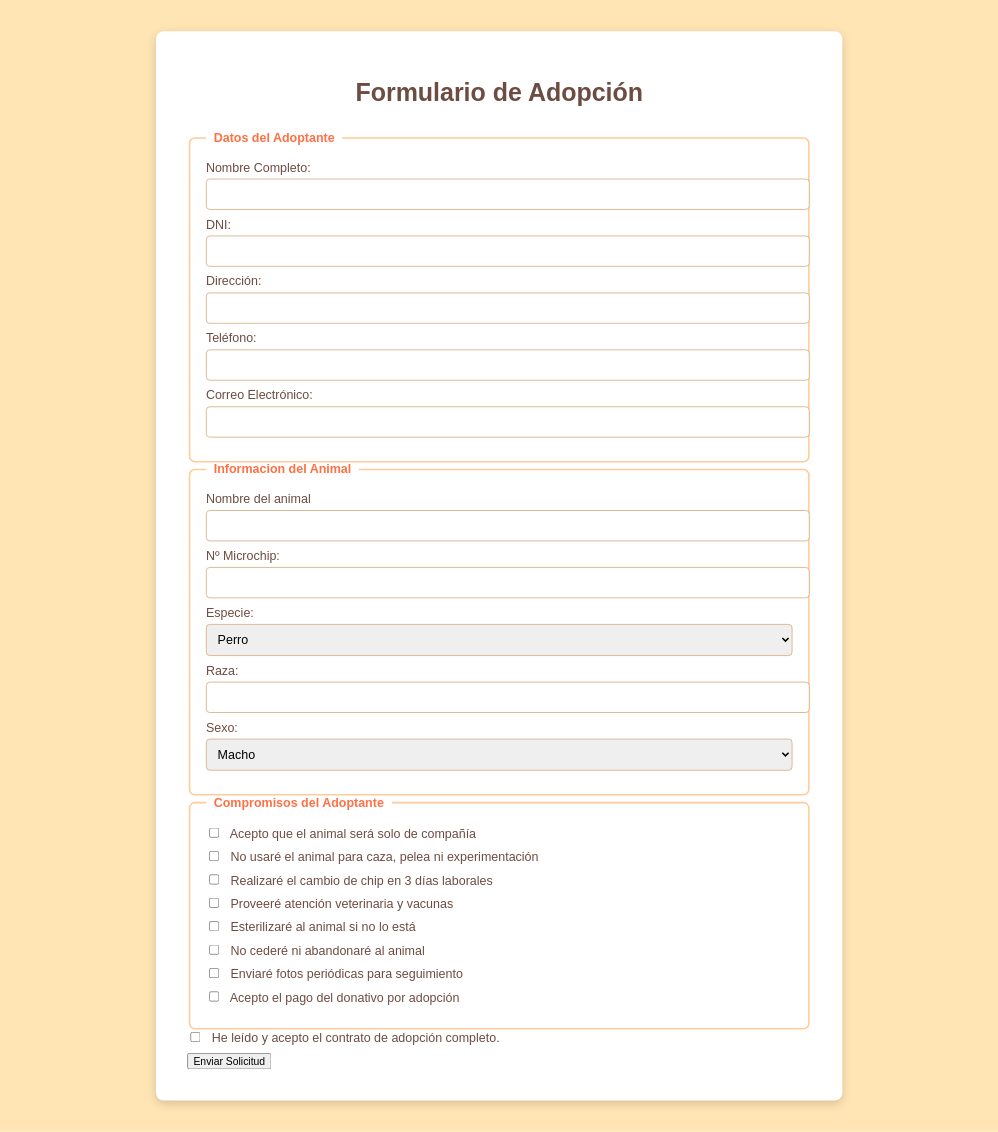
Repository: adriarodrisan/PetLover
Page: Paginas_web/contrato_adopcion.html
The author's editor kept a copy of each file at every save. The page is drawn from the files as they stood at one save, then again after the next save.
The browser window is 1280 px wide. The pictures show the whole page, at 78% of full size.

Above is the page before, as saved 2025-04-01 11:21:35.

### Paginas_web/contrato_adopcion.html
<!DOCTYPE html>
<html lang="en">
<head>
    <meta charset="UTF-8">
    <meta name="viewport" content="width=device-width, initial-scale=1.0">
    <title>Formulario de adopcion - Petlover</title>
    <link rel="stylesheet" href="/Css_Paginas/contrato_adopcion.css">
</head>
<body>
    <div class="Formulario-adopcion">
        <h1>Formulario de Adopción</h1>
        <form action="procesar_adopcion.php" method="POST">
            <fieldset>
                <legend>Datos del Adoptante</legend>
                <label>Nombre Completo: <input type="text" name="nombre" required></label>
                <label>DNI: <input type="text" name="dni" required></label>
                <label>Dirección: <input type="text" name="direccion" required></label>
                <label>Teléfono: <input type="tel" name="telefono" required></label>
                <label>Correo Electrónico: <input type="email" name="correo" required></label>
                </fieldset>
        </form>
            <fieldset>
                <legend> Informacion del Animal </legend>
                <label>Nombre del animal<input type="text" name="nombre_animal"></label>
                <label>Nº Microchip: <input type="text" name="chip"></label>
                <label>Especie:
                    <select name="especie">
                      <option value="perro">Perro</option>
                      <option value="gato">Gato</option>
                    </select>
                  </label>
                  <label>Raza: <input type="text" name="raza"></label>
                  <label>Sexo:
                    <select name="sexo">
                      <option value="macho">Macho</option>
                      <option value="hembra">Hembra</option>
                    </select>
            </fieldset>

            <fieldset>
                <legend>Compromisos del Adoptante</legend>
                <label><input type="checkbox" required> Acepto que el animal será solo de compañía</label>
                <label><input type="checkbox" required> No usaré el animal para caza, pelea ni experimentación</label>
                <label><input type="checkbox" required> Realizaré el cambio de chip en 3 días laborales</label>
                <label><input type="checkbox" required> Proveeré atención veterinaria y vacunas</label>
                <label><input type="checkbox" required> Esterilizaré al animal si no lo está</label>
                <label><input type="checkbox" required> No cederé ni abandonaré al animal</label>
                <label><input type="checkbox" required> Enviaré fotos periódicas para seguimiento</label>
                <label><input type="checkbox" required> Acepto el pago del donativo por adopción</label>
              </fieldset>

              <label><input type="checkbox" required> He leído y acepto el contrato de adopción completo.</label>
              <button type="submit">Enviar Solicitud</button>
            </form>
    </div>

</body>
</html>

### Css_Paginas/contrato_adopcion.css
body {
    font-family: 'Arial', sans-serif;
    background-color: #ffe5b4;
    margin: 0;
    padding: 0;
    display: flex;
    justify-content: center;
    align-items: flex-start;
    min-height: 100vh;
  }
  .Formulario-adopcion {
    background-color: white;
    padding: 40px;
    margin: 40px 20px;
    border-radius: 10px;
    max-width: 800px;
    width: 100%;
    box-shadow: 0 4px 12px rgba(0, 0, 0, 0.16);
  }
  h1 {
    text-align: center;
    color: #6d4c41;
    margin-bottom: 30px;
  }
  form {
    display: flex;
    flex-direction: column;
    gap: 20px;
  }
  fieldset {
    border: 2px solid #ffcc99;
    border-radius: 8px;
    padding: 20px;
  }
  legend {
    font-weight: bold;
    color: #ff7043;
    padding: 0 10px;
  }
  label {
    display: block;
    margin-bottom: 10px;
    color: #6d4c41;
  }

input[type="text"],
input[type="email"],
input[type="tel"],
input[type="password"],
select,
textarea {
  width: 100%;
  padding: 10px;
  border: 1px solid #d3a87c;
  border-radius: 5px;
  font-size: 1rem;
  margin-top: 5px;
}
textarea {
    resize: vertical;
    min-height: 100px;
  }
  input[type="checkbox"] {
    margin-right: 10px;
  }

After the next save:
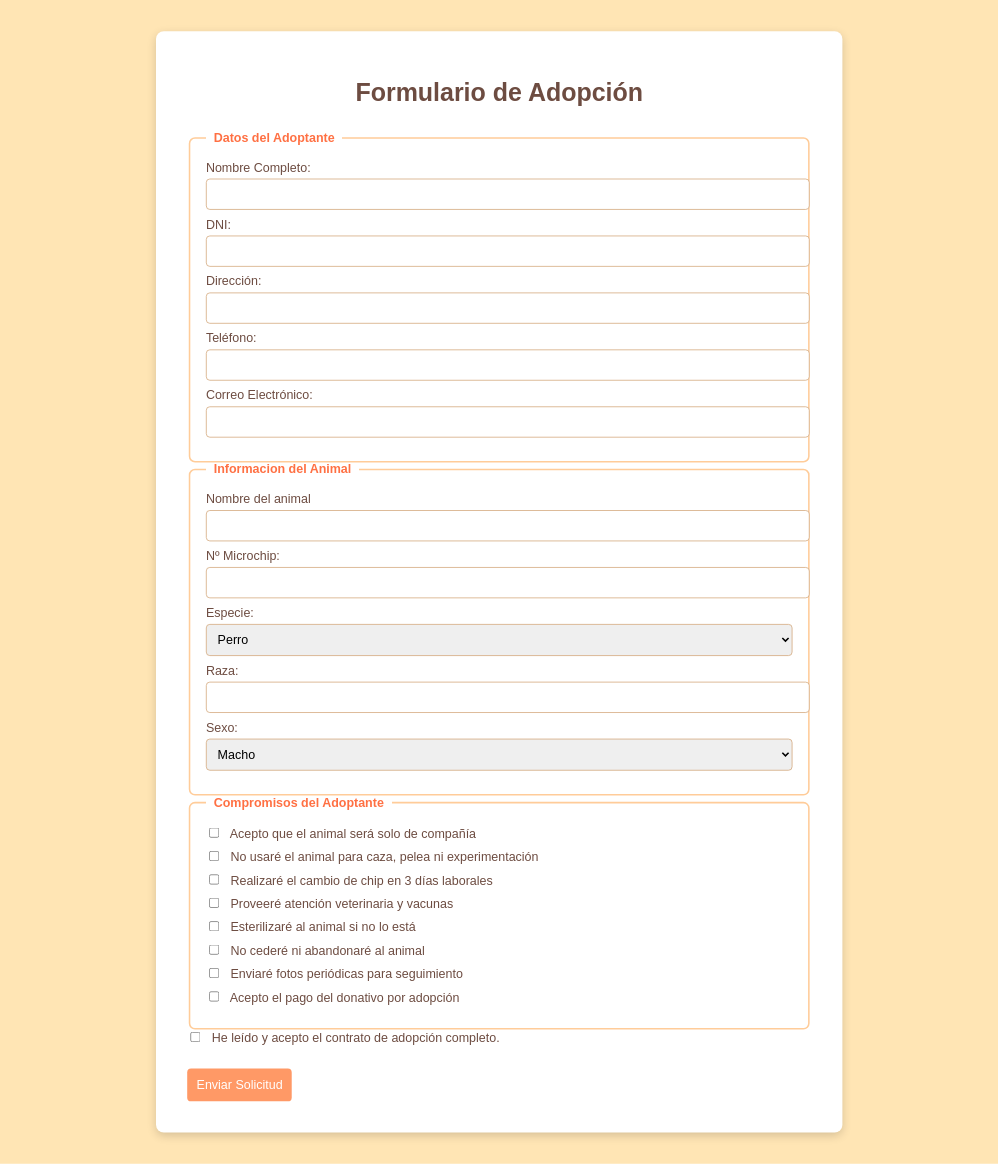
Saved 2 min 39 s later.
--- a/Css_Paginas/contrato_adopcion.css
+++ b/Css_Paginas/contrato_adopcion.css
@@ -63,3 +63,17 @@
   input[type="checkbox"] {
     margin-right: 10px;
   }
+  button {
+    background-color: #FF9966;
+    color: white;
+    padding: 12px;
+    border: none;
+    border-radius: 5px;
+    cursor: pointer;
+    font-size: 1rem;
+    margin-top: 20px;
+  }
+
+  button:hover {
+    background-color: #FF7043;
+  }
